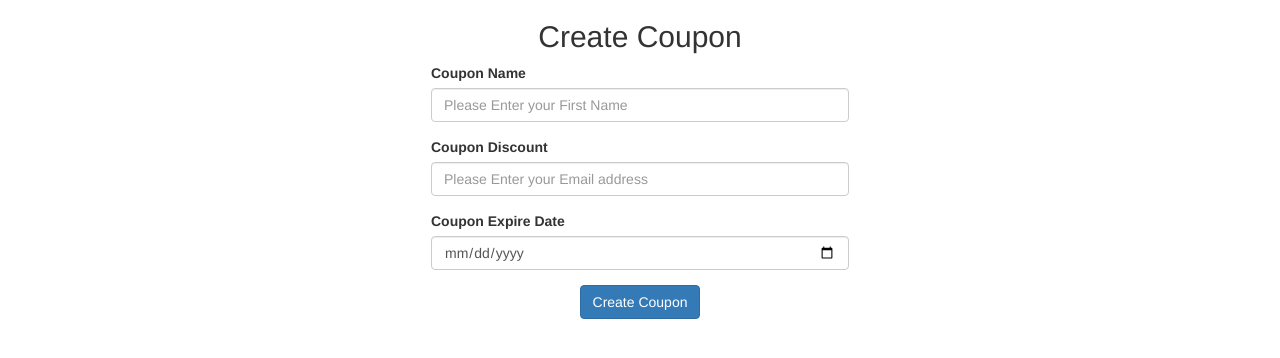
Repository: krutishilp/Sample
Page: http://localhost/couponandproductproject/findCoupon.jsp
These files come from the project's save history. The page is drawn as it stood at one moment and after the next save; the edit follows.
The browser window is 1280 px wide. The pictures show the whole page.
The page is served by Tomcat 9.

Above is the page before, as saved 2020-09-04 06:32:13.

After the next save:
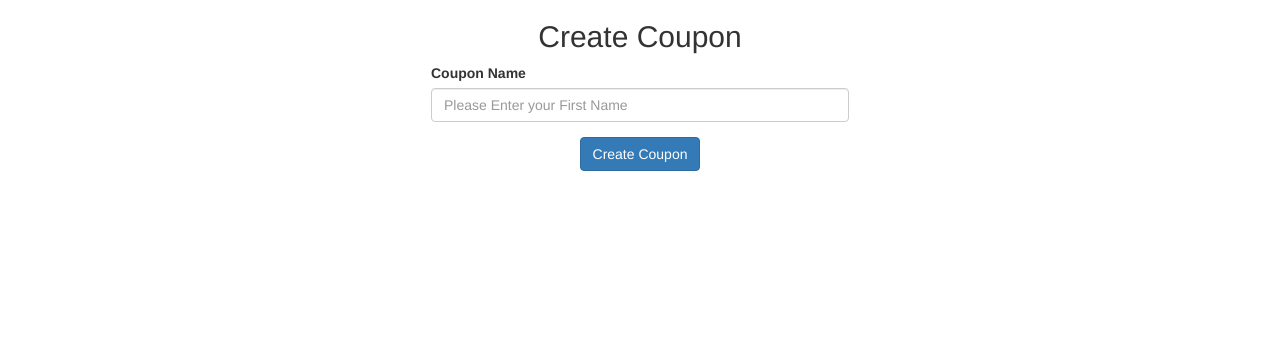
Saved 11 s later.
--- a/JAVA-Eclipse-workspace/couponandproductproject/src/main/webapp/findCoupon.jsp
+++ b/JAVA-Eclipse-workspace/couponandproductproject/src/main/webapp/findCoupon.jsp
@@ -26,23 +26,6 @@
 					class="form-control" name="couponName" id="couponname" required
 					placeholder="Please Enter your First Name">
 			</div>
-
-			<!-- <div class="form-group">
-				<label for="cdescription">Coupon Description</label> <input type="text"
-					class="form-control" name="couponDescription" id="cdescription" required
-					placeholder="Please Enter your Last Name">
-			</div> -->
-
-			<div class="form-group">
-				<label for="coupondiscount">Coupon Discount</label> <input type="number"
-					class="form-control" name="couponDiscount" id="coupondiscount" required
-					placeholder="Please Enter your Email address">
-			</div>
-
-			<div class="form-group">
-				<label for="couponEXPDate">Coupon Expire Date</label> <input type="date"
-					class="form-control" name="couponExpiryDate" id="couponEXPDate" required>
-			</div>
 			<div class="form-group">
 				<input type="hidden"
 					class="form-control" name="action" value="createCoupon" required>
